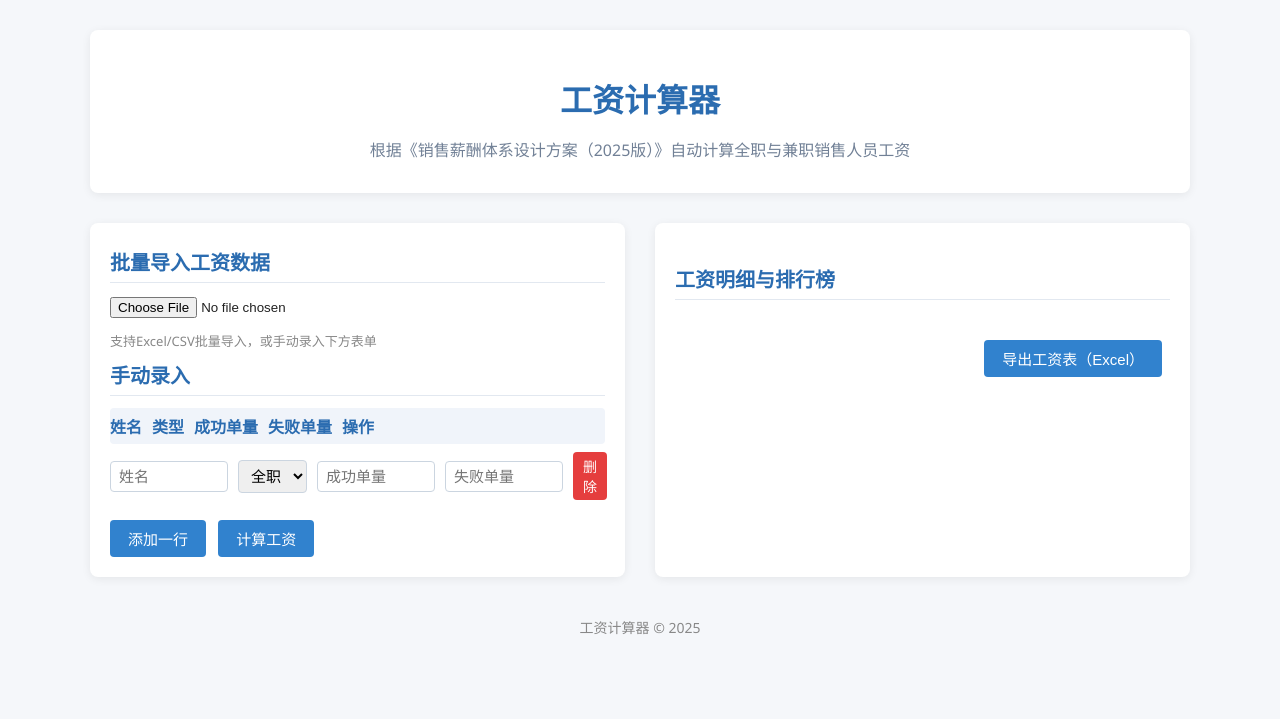
Repository: cuijianjun/ai_generate
Page: index.html
An editor plug-in stored every save of this project. The page is shown before and after the next save, followed by the edit.
The browser window is 1280 px wide. The pictures show the whole page.

Above is the page before, as saved 2025-05-11 21:58:59.

### index.html
<!DOCTYPE html>
<html lang="zh-CN">

<head>
    <meta charset="UTF-8">
    <meta name="viewport" content="width=device-width, initial-scale=1.0">
    <title>工资计算器</title>
    <link rel="stylesheet" href="styles.css">
</head>

<body>
    <div class="container">
        <header>
            <h1>工资计算器</h1>
            <p>根据《销售薪酬体系设计方案（2025版）》自动计算全职与兼职销售人员工资</p>
        </header>
        <main>
            <section class="input-section">
                <h2>批量导入工资数据</h2>
                <input type="file" id="importExcel" accept=".xlsx,.xls,.csv">
                <p class="tip">支持Excel/CSV批量导入，或手动录入下方表单</p>
                <h2>手动录入</h2>
                <form id="salaryForm">
                    <div class="form-table">
                        <div class="form-row form-header">
                            <span>姓名</span>
                            <span>类型</span>
                            <span>成功单量</span>
                            <span>失败单量</span>
                            <span>操作</span>
                        </div>
                        <div id="formRows">
                            <!-- 动态添加行 -->
                        </div>
                    </div>
                    <button type="button" id="addRowBtn" class="primary-btn">添加一行</button>
                    <button type="button" id="calcBtn" class="primary-btn">计算工资</button>
                </form>
            </section>
            <section class="result-section">
                <h2>工资明细与排行榜</h2>
                <div id="resultTableContainer"></div>
                <div class="export-btns">
                    <button id="exportExcelBtn" class="primary-btn">导出工资表（Excel）</button>
                </div>
            </section>
        </main>
        <footer>
            <p>工资计算器 &copy; 2025</p>
        </footer>
    </div>
    <script src="https://cdn.jsdelivr.net/npm/xlsx@0.18.5/dist/xlsx.full.min.js"></script>
    <script src="script.js"></script>
</body>

</html>

### styles.css
body {
  font-family: 'Microsoft YaHei', 'Segoe UI', Tahoma, Geneva, Verdana,
    sans-serif;
  background: #f5f7fa;
  color: #222;
  margin: 0;
  padding: 0;
}
.container {
  max-width: 1100px;
  margin: 0 auto;
  padding: 30px 10px 10px 10px;
}
header {
  background: #fff;
  border-radius: 8px;
  box-shadow: 0 2px 10px rgba(0, 0, 0, 0.07);
  padding: 24px 0 16px 0;
  text-align: center;
  margin-bottom: 30px;
}
header h1 {
  color: #2b6cb0;
  margin-bottom: 8px;
}
header p {
  color: #718096;
  font-size: 16px;
}
main {
  display: flex;
  flex-wrap: wrap;
  gap: 30px;
}
.input-section,
.result-section {
  background: #fff;
  border-radius: 8px;
  box-shadow: 0 2px 10px rgba(0, 0, 0, 0.07);
  padding: 24px 20px 20px 20px;
  flex: 1 1 480px;
  min-width: 340px;
}
.input-section h2 {
  margin-top: 0;
  color: #2b6cb0;
  font-size: 20px;
  border-bottom: 1px solid #e2e8f0;
  padding-bottom: 6px;
  margin-bottom: 12px;
}
.tip {
  color: #888;
  font-size: 13px;
  margin-bottom: 10px;
}
.form-table {
  width: 100%;
  margin-bottom: 10px;
}
.form-row {
  display: flex;
  align-items: center;
  gap: 10px;
  margin-bottom: 8px;
}
.form-header {
  font-weight: bold;
  color: #2b6cb0;
  background: #f0f4fa;
  border-radius: 4px;
  padding: 6px 0;
}
.form-row input,
.form-row select {
  padding: 6px 8px;
  border: 1px solid #cbd5e0;
  border-radius: 4px;
  font-size: 15px;
  width: 100px;
}
.form-row select {
  width: 90px;
}
.form-row button {
  background: #e53e3e;
  color: #fff;
  border: none;
  border-radius: 4px;
  padding: 4px 10px;
  cursor: pointer;
  font-size: 14px;
}
.primary-btn {
  background: #3182ce;
  color: #fff;
  border: none;
  border-radius: 4px;
  padding: 8px 18px;
  font-size: 15px;
  margin-right: 8px;
  margin-top: 10px;
  cursor: pointer;
  transition: background 0.2s;
}
.primary-btn:hover {
  background: #2563eb;
}
.export-btns {
  margin-top: 18px;
  text-align: right;
}
.result-section h2 {
  color: #2b6cb0;
  font-size: 20px;
  border-bottom: 1px solid #e2e8f0;
  padding-bottom: 6px;
  margin-bottom: 12px;
}
#resultTableContainer {
  margin-top: 10px;
  overflow-x: auto;
}
table.salary-table {
  width: 100%;
  border-collapse: collapse;
  margin-bottom: 10px;
  background: #f9fafb;
}
table.salary-table th,
table.salary-table td {
  border: 1px solid #e2e8f0;
  padding: 8px 6px;
  text-align: center;
  font-size: 15px;
}
table.salary-table th {
  background: #ebf8ff;
  color: #2b6cb0;
}
table.salary-table tr:nth-child(even) {
  background: #f0f4fa;
}
table.salary-table .highlight {
  background: #fefcbf;
  font-weight: bold;
}
footer {
  text-align: center;
  color: #888;
  font-size: 14px;
  margin-top: 40px;
  padding-bottom: 10px;
}
@media (max-width: 900px) {
  main {
    flex-direction: column;
  }
  .input-section,
  .result-section {
    min-width: 0;
    width: 100%;
  }
}

### script.js
// 工资计算器主脚本
// 需求：动态表单、工资计算、排行榜、Excel导入导出、报废率奖惩

document.addEventListener('DOMContentLoaded', function () {
    // DOM元素
    const formRows = document.getElementById('formRows');
    const addRowBtn = document.getElementById('addRowBtn');
    const calcBtn = document.getElementById('calcBtn');
    const resultTableContainer = document.getElementById('resultTableContainer');
    const exportExcelBtn = document.getElementById('exportExcelBtn');
    const importExcel = document.getElementById('importExcel');

    // 初始化一行
    addFormRow();

    // 事件绑定
    addRowBtn.onclick = addFormRow;
    calcBtn.onclick = calculateAll;
    exportExcelBtn.onclick = exportToExcel;
    importExcel.onchange = handleImportExcel;

    // 添加一行表单
    function addFormRow(data = {}) {
        const row = document.createElement('div');
        row.className = 'form-row';
        row.innerHTML = `
            <input type="text" placeholder="姓名" value="${data.name || ''}" class="input-name">
            <select class="input-type">
                <option value="全职" ${data.type === '全职' ? 'selected' : ''}>全职</option>
                <option value="兼职" ${data.type === '兼职' ? 'selected' : ''}>兼职</option>
            </select>
            <input type="number" min="0" placeholder="成功单量" value="${data.success || ''}" class="input-success">
            <input type="number" min="0" placeholder="失败单量" value="${data.fail || ''}" class="input-fail">
            <button type="button" class="remove-btn">删除</button>
        `;
        row.querySelector('.remove-btn').onclick = function () {
            row.remove();
        };
        formRows.appendChild(row);
    }

    // Excel导入
    function handleImportExcel(e) {
        const file = e.target.files[0];
        if (!file) return;
        const reader = new FileReader();
        reader.onload = function (evt) {
            const data = evt.target.result;
            const workbook = XLSX.read(data, { type: 'binary' });
            const sheet = workbook.Sheets[workbook.SheetNames[0]];
            const json = XLSX.utils.sheet_to_json(sheet, { header: 1 });
            // 期望表头：姓名、类型、成功单量、失败单量
            formRows.innerHTML = '';
            for (let i = 1; i < json.length; i++) {
                const [name, type, success, fail] = json[i];
                if (name || type || success || fail) {
                    addFormRow({ name, type, success, fail });
                }
            }
        };
        reader.readAsBinaryString(file);
    }

    // 工资计算主流程
    function calculateAll() {
        // 采集所有行数据
        const rows = Array.from(formRows.children);
        const data = rows.map(row => {
            return {
                name: row.querySelector('.input-name').value.trim(),
                type: row.querySelector('.input-type').value,
                success: parseInt(row.querySelector('.input-success').value) || 0,
                fail: parseInt(row.querySelector('.input-fail').value) || 0
            };
        }).filter(item => item.name && (item.success > 0 || item.fail > 0));
        if (data.length === 0) {
            alert('请至少输入一行有效数据');
            return;
        }
        // 计算每个人的工资明细
        const results = data.map(calcSalaryDetail);
        // 排序生成排行榜
        results.sort((a, b) => b.totalSalary - a.totalSalary);
        // 渲染表格
        renderResultTable(results);
    }

    // 计算单个人的工资明细
    function calcSalaryDetail({ name, type, success, fail }) {
        // 计算报废率
        const total = success + fail;
        const scrapRate = total > 0 ? fail / total : 0;
        let baseSalary = 0;
        let commission = 0;
        let commissionDetail = [];
        let totalSalary = 0;
        let costPerOrder = 0;
        let scrapReward = 1.03; // 默认达标
        let scrapRemark = '';
        // 报废奖惩
        if (scrapRate <= 0.07) {
            scrapReward = 1.03;
            scrapRemark = '达标，奖励3%提成';
        } else if (scrapRate > 0.1) {
            scrapReward = 0;
            scrapRemark = '>10%，提成冻结';
        } else {
            // 超标每1%扣3%提成
            const over = Math.ceil((scrapRate - 0.07) * 100);
            scrapReward = 1.03 - over * 0.03;
            scrapRemark = `超标${over}%扣${over * 3}%提成`;
        }
        // 计算提成分段
        let remain = success;
        if (type === '全职') {
            if (success > 500) baseSalary = 2000;
            const segs = [500, 500, 500, Infinity];
            const rates = [2.5, 3.5, 4.5, 5.5];
            for (let i = 0; i < segs.length && remain > 0; i++) {
                const seg = Math.min(remain, segs[i]);
                commission += seg * rates[i];
                commissionDetail.push(`${seg}×${rates[i]}`);
                remain -= seg;
            }
            totalSalary = (baseSalary + commission) * scrapReward;
            costPerOrder = success > 0 ? totalSalary / success + 3 : 0;
        } else {
            // 兼职
            const segs = [500, 500, 500, Infinity];
            const rates = [3.5, 4.0, 5.0, 5.5];
            for (let i = 0; i < segs.length && remain > 0; i++) {
                const seg = Math.min(remain, segs[i]);
                commission += seg * rates[i];
                commissionDetail.push(`${seg}×${rates[i]}`);
                remain -= seg;
            }
            totalSalary = commission * scrapReward;
            // 单均成本 = 总薪资/成功单量 + [3元×(≤1000单占比) + 1.5元×(>1000单占比)]
            let less1000 = Math.min(success, 1000);
            let more1000 = Math.max(success - 1000, 0);
            costPerOrder = success > 0 ? totalSalary / success + (3 * (less1000 / success) + 1.5 * (more1000 / success)) : 0;
        }
        // 提成冻结时，工资和成本为0
        if (scrapReward === 0) {
            totalSalary = 0;
            costPerOrder = 0;
        }
        return {
            name,
            type,
            success,
            fail,
            scrapRate: (scrapRate * 100).toFixed(2) + '%',
            baseSalary,
            commission,
            commissionDetail: commissionDetail.join(' + '),
            scrapRemark,
            totalSalary: Math.round(totalSalary * 100) / 100,
            costPerOrder: Math.round(costPerOrder * 100) / 100
        };
    }

    // 渲染工资明细和排行榜
    function renderResultTable(results) {
        let html = `<table class="salary-table"><thead><tr>
            <th>排名</th><th>姓名</th><th>类型</th><th>成功单量</th><th>失败单量</th><th>报废率</th><th>底薪</th><th>提成明细</th><th>提成合计</th><th>报废奖惩</th><th>总薪资</th><th>单均成本</th>
        </tr></thead><tbody>`;
        results.forEach((r, idx) => {
            html += `<tr${idx === 0 ? ' class="highlight"' : ''}>
                <td>${idx + 1}</td>
                <td>${r.name}</td>
                <td>${r.type}</td>
                <td>${r.success}</td>
                <td>${r.fail}</td>
                <td>${r.scrapRate}</td>
                <td>${r.baseSalary}</td>
                <td>${r.commissionDetail}</td>
                <td>${r.commission}</td>
                <td>${r.scrapRemark}</td>
                <td>${r.totalSalary}</td>
                <td>${r.costPerOrder}</td>
            </tr>`;
        });
        html += '</tbody></table>';
        resultTableContainer.innerHTML = html;
    }

    // 导出Excel
    function exportToExcel() {
        const table = resultTableContainer.querySelector('table');
        if (!table) {
            alert('请先计算并生成工资表');
            return;
        }
        const wb = XLSX.utils.table_to_book(table, { sheet: '工资表' });
        XLSX.writeFile(wb, '工资表与排行榜.xlsx');
    }
});

After the next save:
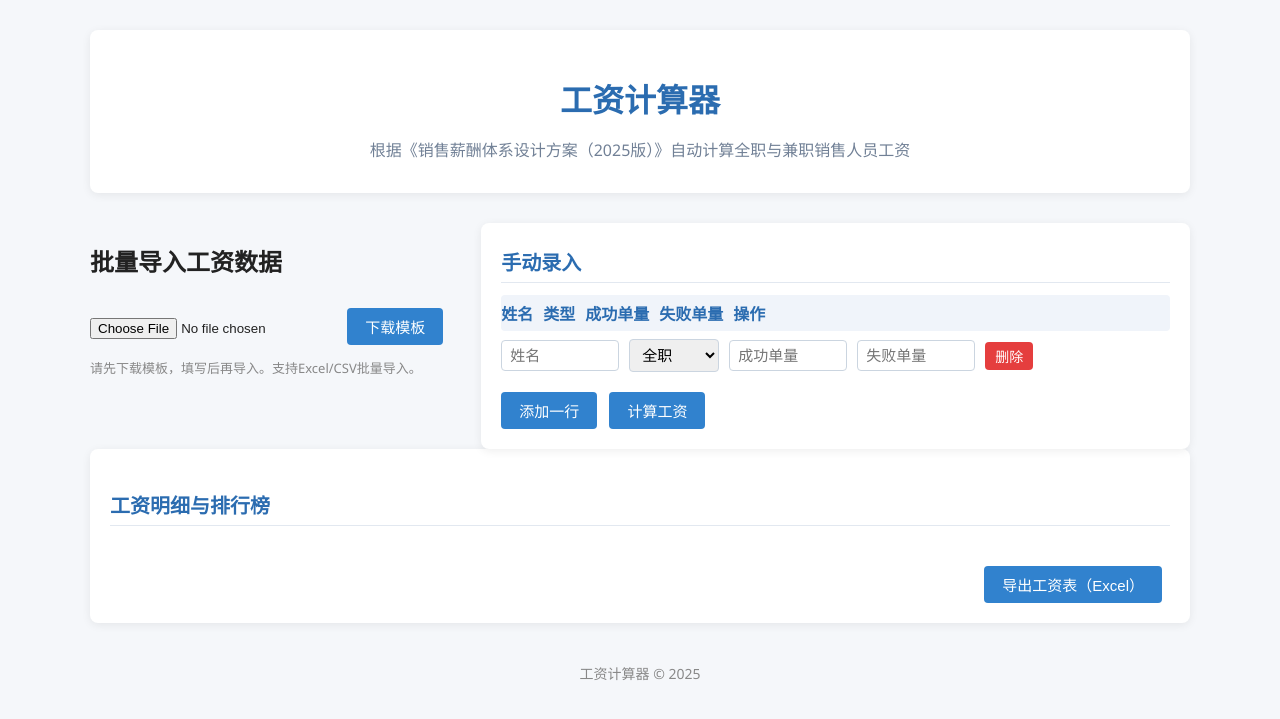
Saved 4 min 36 s later.
--- a/index.html
+++ b/index.html
@@ -14,11 +14,16 @@
             <h1>工资计算器</h1>
             <p>根据《销售薪酬体系设计方案（2025版）》自动计算全职与兼职销售人员工资</p>
         </header>
-        <main>
+        <main class="main-flex">
+            <section class="import-section">
+                <h2>批量导入工资数据</h2>
+                <div class="import-btns">
+                    <input type="file" id="importExcel" accept=".xlsx,.xls,.csv">
+                    <button id="downloadTemplateBtn" class="primary-btn">下载模板</button>
+                </div>
+                <p class="tip">请先下载模板，填写后再导入。支持Excel/CSV批量导入。</p>
+            </section>
             <section class="input-section">
-                <h2>批量导入工资数据</h2>
-                <input type="file" id="importExcel" accept=".xlsx,.xls,.csv">
-                <p class="tip">支持Excel/CSV批量导入，或手动录入下方表单</p>
                 <h2>手动录入</h2>
                 <form id="salaryForm">
                     <div class="form-table">
@@ -33,18 +38,20 @@
                             <!-- 动态添加行 -->
                         </div>
                     </div>
-                    <button type="button" id="addRowBtn" class="primary-btn">添加一行</button>
-                    <button type="button" id="calcBtn" class="primary-btn">计算工资</button>
+                    <div class="form-btns">
+                        <button type="button" id="addRowBtn" class="primary-btn">添加一行</button>
+                        <button type="button" id="calcBtn" class="primary-btn">计算工资</button>
+                    </div>
                 </form>
             </section>
-            <section class="result-section">
-                <h2>工资明细与排行榜</h2>
-                <div id="resultTableContainer"></div>
-                <div class="export-btns">
-                    <button id="exportExcelBtn" class="primary-btn">导出工资表（Excel）</button>
-                </div>
-            </section>
         </main>
+        <section class="result-section">
+            <h2>工资明细与排行榜</h2>
+            <div id="resultTableContainer"></div>
+            <div class="export-btns">
+                <button id="exportExcelBtn" class="primary-btn">导出工资表（Excel）</button>
+            </div>
+        </section>
         <footer>
             <p>工资计算器 &copy; 2025</p>
         </footer>
